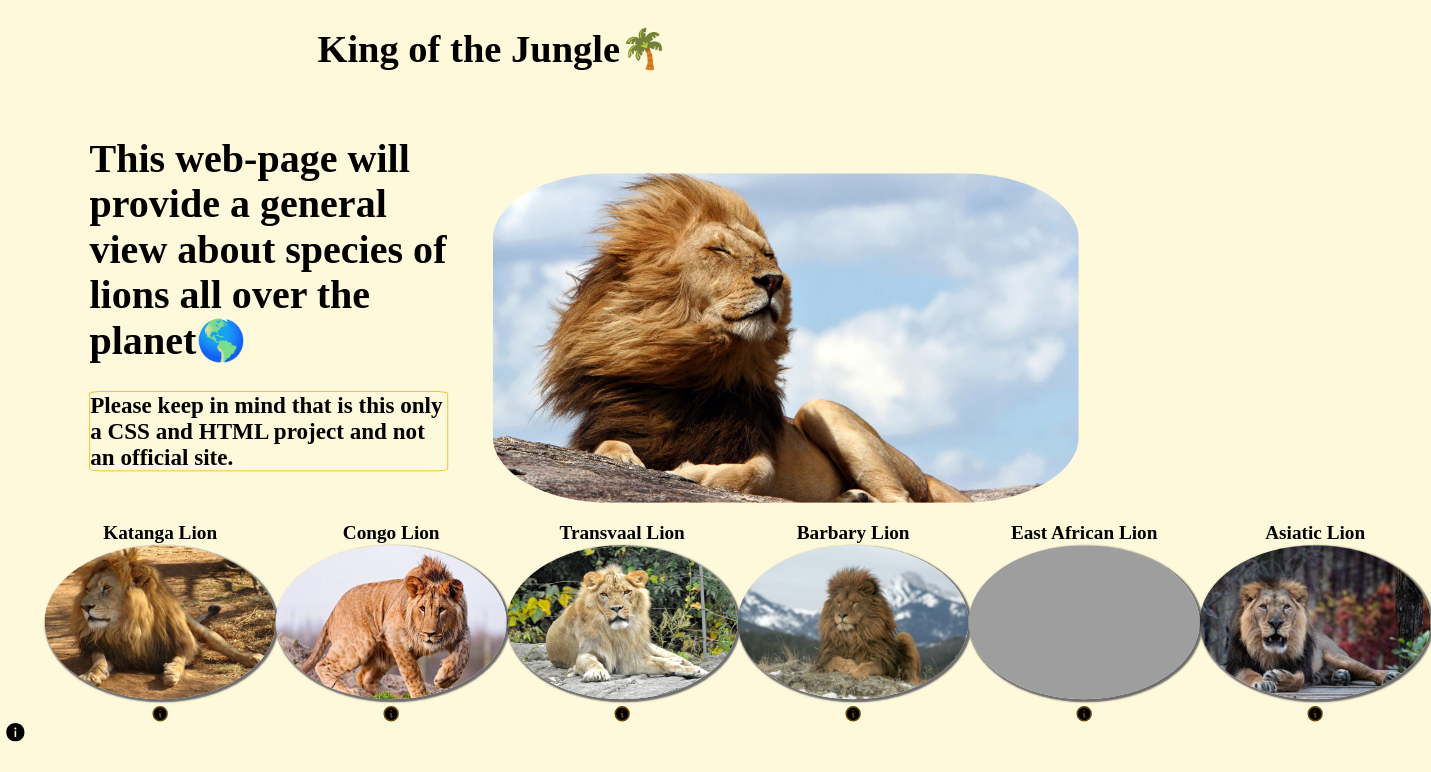
Repository: GeorgeManias/lions_project
Page: index.html
The author's editor kept a copy of each file at every save. The page is drawn from the files as they stood at one save, then again after the next save.
The browser window is 1280 px wide. The page is 1858 px wide, so the pictures cover 1858 px, including what lies to the right of the window. The pictures show the whole page, at 77% of full size.
Pictures or frames that could not be fetched are drawn as grey boxes. Some web fonts or font styles are not loaded; a fallback is used.

Above is the page before, as saved 2021-11-04 20:49:46.

### index.html
<!DOCTYPE html>
<html lang="en">
  <head>
    <link rel="stylesheet" href="index.css" />
    <link
      href="https://fonts.googleapis.com/css2?family=Roboto:ital@1&display=swap"
      rel="stylesheet"
    />
    <link rel="preconnect" href="https://fonts.googleapis.com" />
    <link rel="preconnect" href="https://fonts.gstatic.com" crossorigin />
    <link
      href="https://fonts.googleapis.com/css2?family=Fruktur&family=Roboto:ital,wght@1,100;1,300&display=swap"
      rel="stylesheet"
    />
    <title>King of the Jungle</title>
  </head>
  <div class="container">
    <!--This will be the container fro the main_page-->

    <body>
      <header class="header_top">
        <h1>King of the Jungle🌴</h1>
      </header>
      <!--Class above will support the grid between header and main photo-->
      <div class="hero_section">
        <div class="headers_and_mainphoto">
          <header>
            <!--This area will be for the upper body part-->
            <h1 class="main_header">
              This web-page will provide a general view about species of lions
              all over the planet🌎
            </h1>
            <h2 class="project_header">
              Please keep in mind that is this only a CSS and HTML project and
              not an official site.
            </h2>
          </header>
          <img
            src="pictures/main_lion.jpg"
            alt="main_lion_photo"
            class="main_photo"
          />
        </div>

        <!--Multiple Pictures Grid Start----------------------------------------------------------------------------------------------->
        <div class="grid_with_6_pictures">
          <!--Katanga_Lion_Start-->
          <h3 id="katanga_title_cord" class="titles_6">Katanga Lion</h3>
          <img
            src="pictures/katanga_lion.jpg"
            alt="katanga_lion"
            id="katanga_img_cord"
            class="img_6"
          />
          <svg
            href="#"
            class="info_svg"
            xmlns="http://www.w3.org/2000/svg"
            width="24"
            height="24"
            viewBox="0 0 24 24"
          >
            <a href="https://www.google.co.uk/" target="_top">
              <path
                stroke-linecap="round"
                stroke-linejoin="round"
                stroke-width="2"
                d="M13 16h-1v-4h-1m1-4h.01M21 12a9 9 0 11-18 0 9 9 0 0118 0z"
              />
            </a>
          </svg>
          <!--Katanga_Lion_End-->

          <!--Congo_Lion_Start-->
          <h3 id="congo_title_cord" class="titles_6">Congo Lion</h3>
          <img
            src="pictures/congo_lion.jpg"
            alt="congo_lion"
            id="congo_img_cord"
            class="img_6"
          />
          <svg
            class="info_svg"
            id="congo_info_cord"
            xmlns="http://www.w3.org/2000/svg"
            width="24"
            height="24"
            viewBox="0 0 24 24"
          >
            <a href="https://www.google.co.uk/" target="_top">
              <path
                stroke-linecap="round"
                stroke-linejoin="round"
                stroke-width="2"
                d="M13 16h-1v-4h-1m1-4h.01M21 12a9 9 0 11-18 0 9 9 0 0118 0z"
              />
            </a>
          </svg>
          <!--Congo_Lion_End-->

          <!--Transvaal_Lion_Start-->
          <h3 id="Transvaal_title_cord" class="titles_6">Transvaal Lion</h3>
          <img
            src="pictures/Transvaal_lion.jpg"
            alt="Transvaal_lion"
            id="Transvaal_img_cord"
            class="img_6"
          />
          <svg
            class="info_svg"
            id="Transvaal_info_cord"
            xmlns="http://www.w3.org/2000/svg"
            width="24"
            height="24"
            viewBox="0 0 24 24"
          >
            <a href="https://www.google.co.uk/" target="_top">
              <path
                stroke-linecap="round"
                stroke-linejoin="round"
                stroke-width="2"
                d="M13 16h-1v-4h-1m1-4h.01M21 12a9 9 0 11-18 0 9 9 0 0118 0z"
              />
            </a>
          </svg>
          <!--Transvaal_Lion_End-->

          <!--barbary_Lion_Start-->
          <h3 id="barbary_title_cord" class="titles_6">Barbary Lion</h3>
          <img
            src="pictures/barbary_lion.jpg"
            alt="barbary_lion"
            id="barbary_img_cord"
            class="img_6"
          />
          <svg
            class="info_svg"
            id="barbary_info_cord"
            xmlns="http://www.w3.org/2000/svg"
            width="24"
            height="24"
            viewBox="0 0 24 24"
          >
            <a href="https://www.google.co.uk/" target="_top">
              <path
                stroke-linecap="round"
                stroke-linejoin="round"
                stroke-width="2"
                d="M13 16h-1v-4h-1m1-4h.01M21 12a9 9 0 11-18 0 9 9 0 0118 0z"
              />
            </a>
          </svg>
          <!--barbary_Lion_End-->

          <!--east_african_Lion_Start-->
          <h3 id="east_african_title_cord" class="titles_6">
            East African Lion
          </h3>
          <img
            src="pictures/east_african.jpg"
            alt="east_african_lion"
            id="east_african_img_cord"
            class="img_6"
          />
          <svg
            class="info_svg"
            id="east_african_info_cord"
            xmlns="http://www.w3.org/2000/svg"
            width="24"
            height="24"
            viewBox="0 0 24 24"
          >
            <a href="https://www.google.co.uk/" target="_top">
              <path
                stroke-linecap="round"
                stroke-linejoin="round"
                stroke-width="2"
                d="M13 16h-1v-4h-1m1-4h.01M21 12a9 9 0 11-18 0 9 9 0 0118 0z"
              />
            </a>
          </svg>
          <!--east_african_Lion_End-->

          <!--asiatic_Lion_Start-->
          <h3 id="asiatic_title_cord" class="titles_6">Asiatic Lion</h3>
          <img
            src="pictures/asiatic_lion.jpg"
            alt="asiatic_lion"
            id="asiatic_img_cord"
            class="img_6"
          />
          <svg
            class="info_svg"
            id="asiatic_info_cord"
            xmlns="http://www.w3.org/2000/svg"
            width="24"
            height="24"
            viewBox="0 0 24 24"
          >
            <a href="https://www.google.co.uk/" target="_top">
              <path
                stroke-linecap="round"
                stroke-linejoin="round"
                stroke-width="2"
                d="M13 16h-1v-4h-1m1-4h.01M21 12a9 9 0 11-18 0 9 9 0 0118 0z"
              />
            </a>
          </svg>
          <!--Multiple Pictures Grid End----------------------------------------------------------------------------------------------->
        </div>
      </div>
    </body>
  </div>
</html>

<!--1
  Katanga lion
  Congo Lion
  Transvaal lion
  East African lion
  Asiatic lion
  West African lion

-->

<svg
  xmlns="http://www.w3.org/2000/svg"
  width="24"
  height="24"
  viewBox="0 0 24 24"
>
  <path
    d="M12 24c6.627 0 12-5.373 12-12s-5.373-12-12-12-12 5.373-12 12 5.373 12 12 12zm1-6h-2v-8h2v8zm-1-12.25c.69 0 1.25.56 1.25 1.25s-.56 1.25-1.25 1.25-1.25-.56-1.25-1.25.56-1.25 1.25-1.25z"
  />
</svg>

### index.css
/*

--- 01 TYPOGRAPHY SYSTEM

- Font sizes (px)
10 / 12 / 14 / 16 / 18 / 20 / 24 / 30 / 36 / 44 / 52 / 62 / 74 / 86 / 98

- Font weights
Default: 400
Medium: 500
Semi-bold: 600
Bold: 700

- Line heights
Default: 1
Small: 1.05
Medium: 1.2
Paragraph default: 1.6

- Letter spacing
-0.5px
0.75px

--- 02 COLORS

- Primary: ##fab005
- Tints:
#fff9db
#644602

- Shades:


#f0ede6


- Accents:
- Greys

#888
#767676 (lightest grey allowed on #fff)
#6f6f6f (lightest grey allowed on #fdf2e9)
#555
#333

--- 05 SHADOWS

0 2.4rem 4.8rem rgba(0, 0, 0, 0.075);

--- 06 BORDER-RADIUS

Default: 9px
Medium: 11px

--- 07 WHITESPACE

- Spacing system (px)
2 / 4 / 8 / 12 / 16 / 24 / 32 / 48 / 64 / 80 / 96 / 128
*/

html {
  /*εδώ βάζω το 10 με σκοπο το αλλο να έχει ευκολο πολαπλασσιο του rem*/
  font-size: 10px;
  margin-left: 0%;
  margin-right: 0%;
}

body {
  background-color: #fff9db;
  margin-bottom: 3%;
}

.header_top {
  font-family: "Fruktur", cursive;
  text-align: center;
  font-size: 2.5rem;
}

.hero_section {
  padding-left: 5rem;
  padding-right: 5rem;
}

header {
  margin-left: 10%;
  margin-right: 10%;
}

.main_header {
  font-size: 5.2rem;
}

.project_header {
  font-size: 3rem;
  border: 0.1rem solid #fab005;
  border-radius: 3%;
}

.headers_and_mainphoto {
  /*Αυτο το πεδίο αναφέρεται στο grid*/
  display: grid;
  grid-template-columns: 50% 50%;
  align-items: center;
}

.grid_with_6_pictures {
  display: grid;
  grid-template-columns: 1fr 1fr 1fr 1fr 1fr 1fr;
  grid-template-rows: auto 1fr auto;
  justify-items: center;
  align-items: flex-end;
}

.main_photo {
  width: 761px;
  margin-top: 100px;
  border-radius: 20%;
}

.img_6 {
  width: 300px;
  height: 200px;
  border-radius: 50%;
  box-shadow: 2px 2px 2px 2px rgb(109, 109, 109);
}

.titles_6 {
  font-size: 2.5rem;
  margin-bottom: 0.8%;
}

.info_svg {
  margin-top: 2.2%;
  width: 20%;
  stroke: #644602;
  border-radius: 0;
}

/*//////////////////////////////////////////////////////////////////////////////////////////////////////////////////////////////////////////////////////////////////*/
/*Katanga Lion Cord Start*/
#katanga_title_cord {
  grid-column: 1/2;
  grid-row: 1/2;
}
#katanga_img_cord {
  grid-column: 1/2;
  grid-row: 2/3;
}

#katanga_info_cord {
  grid-column: 1/2;
  grid-row: 3/4;
}
/*Katanga Lion Cord End*/

/*Congo Lion Cord Start*/
#congo_title_cord {
  grid-column: 2/3;
  grid-row: 1/2;
}
#congo_img_cord {
  grid-column: 2/3;
  grid-row: 2/3;
}

#congo_info_cord {
  grid-column: 2/3;
  grid-row: 3/4;
}
/*Congo Lion Cord End*/

/*Transvaal Lion Cord Start*/
#Transvaal_title_cord {
  grid-column: 3/4;
  grid-row: 1/2;
}
#Transvaal_img_cord {
  grid-column: 3/4;
  grid-row: 2/3;
}

#Transvaal_info_cord {
  grid-column: 3/4;
  grid-row: 3/4;
}
/*Transvaal Lion Cord End*/

/*Congo Lion Cord End*/

/*barbary Lion Cord Start*/
#barbary_title_cord {
  grid-column: 4/5;
  grid-row: 1/2;
}
#barbary_img_cord {
  grid-column: 4/5;
  grid-row: 2/3;
}

#barbary_info_cord {
  grid-column: 4/5;
  grid-row: 3/4;
}
/*barbary Lion Cord End*/

/*east_african Lion Cord Start*/
#east_african_title_cord {
  grid-column: 5/6;
  grid-row: 1/2;
}
#east_african_img_cord {
  grid-column: 5/6;
  grid-row: 2/3;
}

#east_african_info_cord {
  grid-column: 5/6;
  grid-row: 3/4;
}
/*east_african Lion Cord End*/

/*asiatic Lion Cord Start*/
#asiatic_title_cord {
  grid-column: 6/7;
  grid-row: 1/2;
}
#asiatic_img_cord {
  grid-column: 6/7;
  grid-row: 2/3;
}

#asiatic_info_cord {
  grid-column: 6/7;
  grid-row: 3/4;
}
/*asiatic Lion Cord End*/
/*//////////////////////////////////////////////////////////////////////////////////////////////////////////////////////////////////////////////////////////////////*/

After the next save:
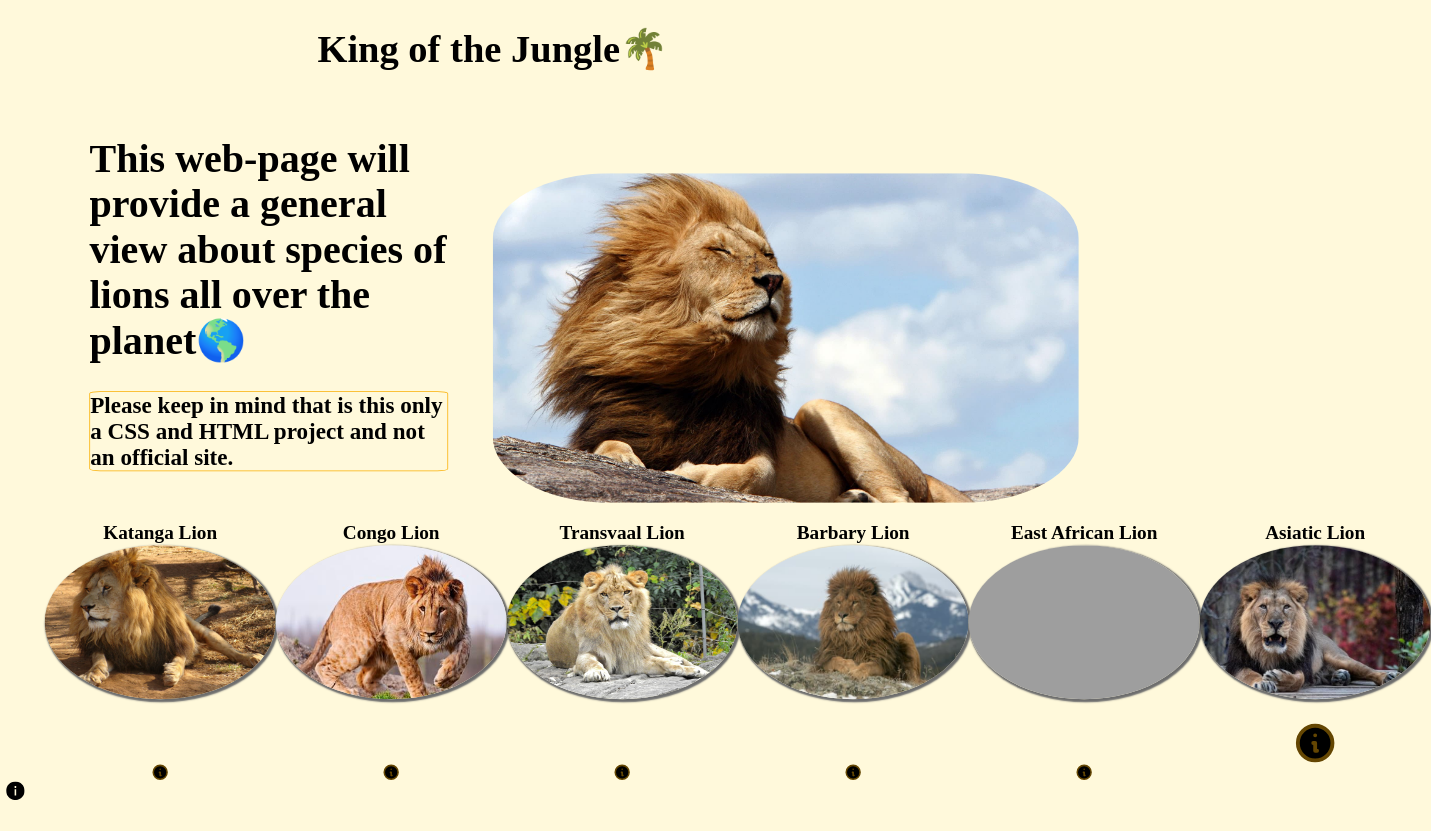
Saved 97 s later.
--- a/index.html
+++ b/index.html
@@ -193,8 +193,8 @@
             class="info_svg"
             id="asiatic_info_cord"
             xmlns="http://www.w3.org/2000/svg"
-            width="24"
-            height="24"
+            width="100"
+            height="100"
             viewBox="0 0 24 24"
           >
             <a href="https://www.google.co.uk/" target="_top">
